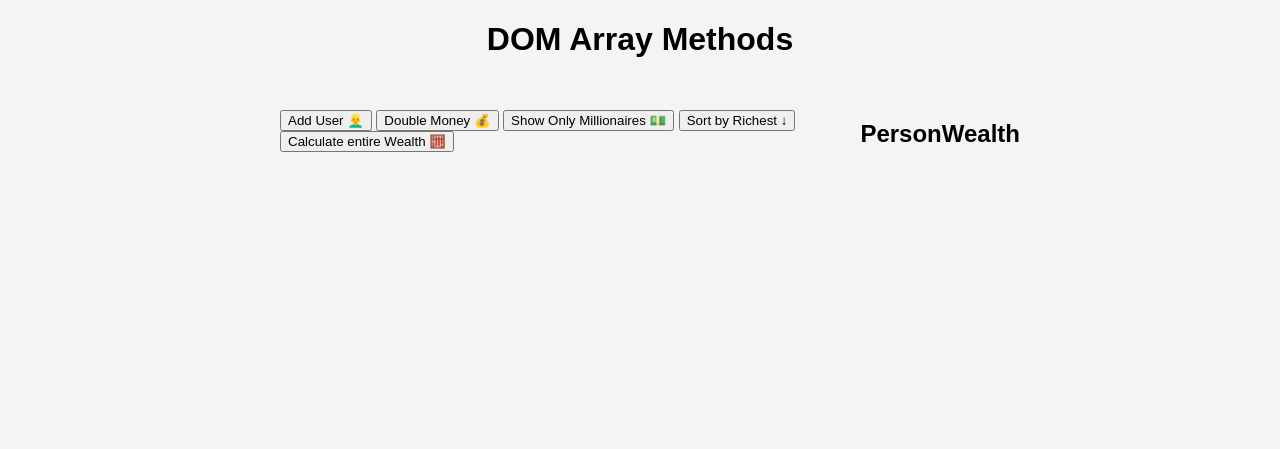
Repository: Youvelop/DOMArrayMethods
Page: index.html
An editor plug-in stored every save of this project. The page is shown before and after the next save, followed by the edit.
The browser window is 1280 px wide. The pictures show the whole page.

Above is the page before, as saved 2020-07-01 11:44:35.

After the next save:
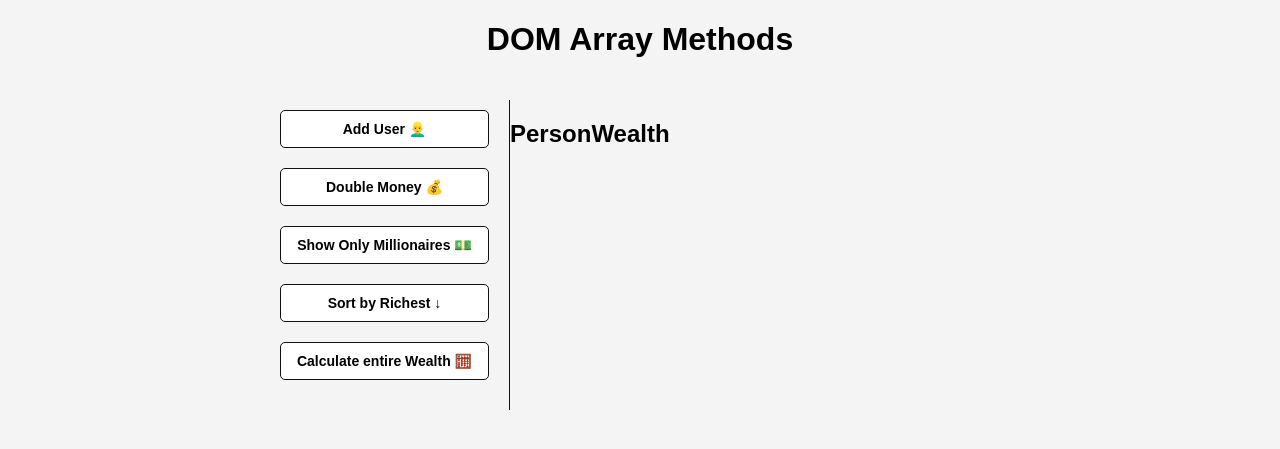
Saved 2 min 51 s later.
--- a/style.css
+++ b/style.css
@@ -21,4 +21,18 @@ body {
 
 aside {
   padding: 10px 20px;
+  width: 250px;
+  border-right: 1px solid #111;
 }
+button {
+  cursor: pointer;
+  background-color: #fff;
+  border: solid 1px #111;
+  border-radius: 5px;
+  display: block;
+  width: 100%;
+  padding: 10px;
+  margin-bottom: 20px;
+  font-weight: bold;
+  font-size: 14px;
+}
